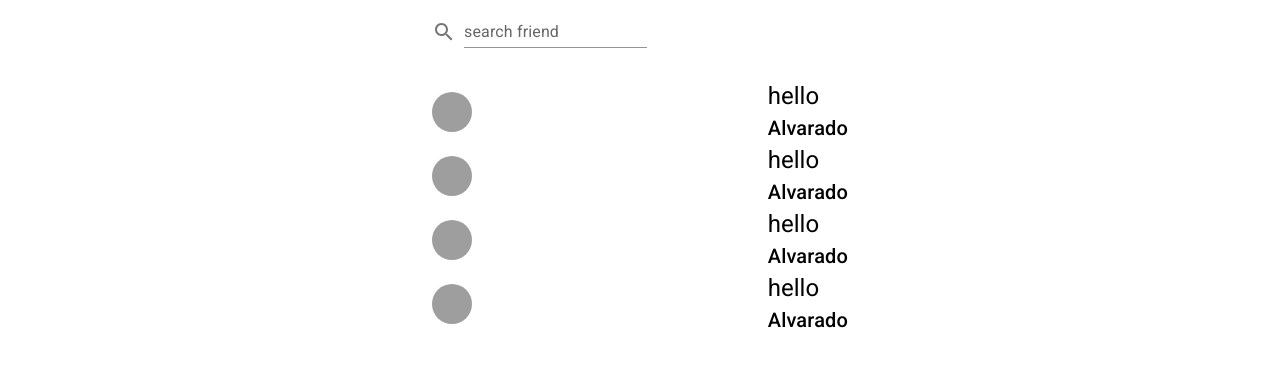
Repository: GokulDev4U/Immence_task
Page: /conversation
The author's editor kept a copy of each file at every save. The page is drawn from the files as they stood at one save, then again after the next save.
The browser window is 1280 px wide. The pictures show the whole page.
Pictures or frames that could not be fetched are drawn as grey boxes. The project was rebuilt for these pictures with package versions that can differ from the ones it lists, and the page was loaded fresh each time. Also part of the build but not shown: src/App.css, src/components/SinglePost/SinglePost.jsx, src/components/Home/Home.jsx.

Above is the page before, as saved 2022-05-07 15:49:29.

### public/index.html
<!DOCTYPE html>
<html lang="en">
  <head>
    <meta charset="utf-8" />
    <link rel="icon" href="%PUBLIC_URL%/favicon.ico" />
    <meta name="viewport" content="width=device-width, initial-scale=1" />
    <meta name="theme-color" content="#000000" />
    <meta
      name="description"
      content="Web site created using create-react-app"
    />
    <link rel="apple-touch-icon" href="%PUBLIC_URL%/logo192.png" />
    <link
  rel="stylesheet"
  href="https://fonts.googleapis.com/css?family=Roboto:300,400,500,700&display=swap"
/>
<link
  rel="stylesheet"
  href="https://fonts.googleapis.com/icon?family=Material+Icons"
/>
    <!--
      manifest.json provides metadata used when your web app is installed on a
      user's mobile device or desktop. See https://developers.google.com/web/fundamentals/web-app-manifest/
    -->
    <link rel="manifest" href="%PUBLIC_URL%/manifest.json" />
    <!--
      Notice the use of %PUBLIC_URL% in the tags above.
      It will be replaced with the URL of the `public` folder during the build.
      Only files inside the `public` folder can be referenced from the HTML.

      Unlike "/favicon.ico" or "favicon.ico", "%PUBLIC_URL%/favicon.ico" will
      work correctly both with client-side routing and a non-root public URL.
      Learn how to configure a non-root public URL by running `npm run build`.
    -->
    <title>React App</title>
  </head>
  <body>
    <noscript>You need to enable JavaScript to run this app.</noscript>
    <div id="root"></div>
    <!--
      This HTML file is a template.
      If you open it directly in the browser, you will see an empty page.

      You can add webfonts, meta tags, or analytics to this file.
      The build step will place the bundled scripts into the <body> tag.

      To begin the development, run `npm start` or `yarn start`.
      To create a production bundle, use `npm run build` or `yarn build`.
    -->
  </body>
</html>

### src/App.js
import "./App.css";
import { BrowserRouter, Routes, Route } from "react-router-dom";
import Home from "./components/Home/Home";
import Conversation from "./components/Conversation/Conversation";

function App() {
  return (
    <div className="App">
      <BrowserRouter>
        <Routes>
          <Route path="/" element={<Home />} />
          <Route path="/conversation" element={<Conversation />} />
        </Routes>
      </BrowserRouter>
    </div>
  );
}

export default App;

### src/components/Conversation/Conversation.jsx
import React, { useState } from 'react';
import Grid from '@mui/material/Grid';
import Box from '@mui/material/Box';
import SearchIcon from '@mui/icons-material/Search';
import TextField from '@mui/material/TextField';
import { Users } from "../../data/userdata";
import ConversationList from '../ConversationList/ConversationList';

const Conversation = () => {
    const [query, setQuery] = useState("");
    return (
        <Box sx={{ flexGrow: 1 }}>
            <Grid container spacing={2}>
                <Grid item xs={4}></Grid>
                <Grid item xs={4}>
                    <Box sx={{ display: 'flex', alignItems: 'flex-end' }}>
                        <SearchIcon sx={{ color: 'action.active', mr: 1, my: 0.5 }} />
                        <TextField id="input-with-sx" label="search friend" variant="standard" onChange={(e) => setQuery(e.target.value.toLowerCase())} />
                    </Box>
                    <Box sx={{ marginTop: 4 }}>
                        {Users.filter((user) =>
                            user.name.toLowerCase().includes(query)
                        ).map((user) => (
                            <Box className="listItem" key={user.id}>
                                <ConversationList name={user.name} status={user.status} img={user.img} />
                            </Box>
                        ))}
                    </Box>
                </Grid>
                <Grid item xs={4}></Grid>
            </Grid>
        </Box>
    );
};

export default Conversation;

### src/data/userdata.js
export const Users = [
  {
    id: 1,
    img: "https://static.remove.bg/remove-bg-web/a8b5118d623a6b3f4b7813a78c686de384352145/assets/start_remove-c851bdf8d3127a24e2d137a55b1b427378cd17385b01aec6e59d5d4b5f39d2ec.png",
    name: "Emiline",
    status: "online",
  },
  {
    id: 2,
    img: "https://static.remove.bg/remove-bg-web/a8b5118d623a6b3f4b7813a78c686de384352145/assets/start_remove-c851bdf8d3127a24e2d137a55b1b427378cd17385b01aec6e59d5d4b5f39d2ec.png",
    name: "Felix",
    status: "offline",
  },
  {
    id: 3,
    img: "https://static.remove.bg/remove-bg-web/a8b5118d623a6b3f4b7813a78c686de384352145/assets/start_remove-c851bdf8d3127a24e2d137a55b1b427378cd17385b01aec6e59d5d4b5f39d2ec.png",
    name: "Travus",
    status: "offline",
  },
  {
    id: 4,
    img: "https://static.remove.bg/remove-bg-web/a8b5118d623a6b3f4b7813a78c686de384352145/assets/start_remove-c851bdf8d3127a24e2d137a55b1b427378cd17385b01aec6e59d5d4b5f39d2ec.png",
    name: "Holly-anne",
    status: "offline",
  },
];

### src/components/ConversationList/ConversationList.jsx
import React from 'react';
import Typography from '@mui/material/Typography';
import Avatar from '@mui/material/Avatar';
import Grid from '@mui/material/Grid';
import Box from '@mui/material/Box';
import { display } from '@mui/system';

const ConversationList = ({ name, status, img }) => {
    return (
        <Box sx={{ display: 'flex', justifyContent: 'space-between', alignItems: 'center' }}>
            <Avatar alt="Img" src={img} />
            <Box>
                <Typography variant="h5">hello</Typography>
                <Typography variant="h6">Alvarado</Typography>
            </Box>
        </Box>
    );
};

export default ConversationList;

Loaded but not shown: src/index.js (common file); src/index.css (common file); src/reportWebVitals.js (common file)

After the next save:
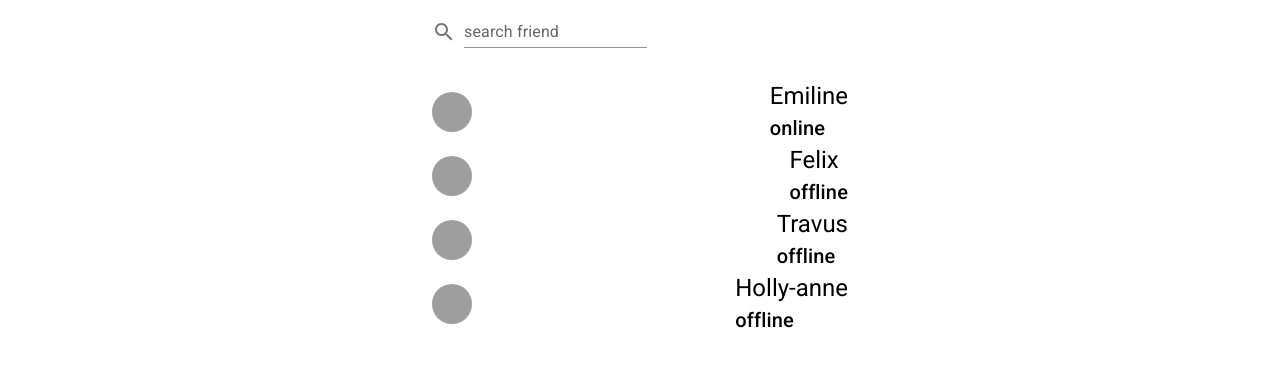
Saved 21 s later.
--- a/src/components/ConversationList/ConversationList.jsx
+++ b/src/components/ConversationList/ConversationList.jsx
@@ -10,8 +10,8 @@ const ConversationList = ({ name, status, img }) => {
         <Box sx={{ display: 'flex', justifyContent: 'space-between', alignItems: 'center' }}>
             <Avatar alt="Img" src={img} />
             <Box>
-                <Typography variant="h5">hello</Typography>
-                <Typography variant="h6">Alvarado</Typography>
+                <Typography variant="h5">{name}</Typography>
+                <Typography variant="h6">{status}</Typography>
             </Box>
         </Box>
     );
